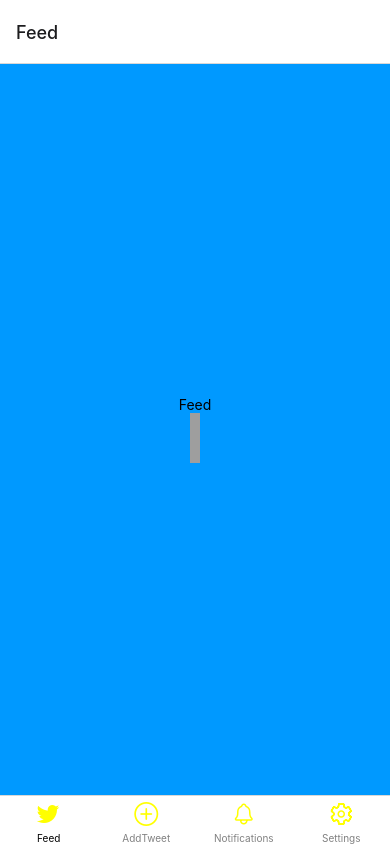
Repository: Deyvid-Kasteh/ReactNativeNavigationTraining
Screen: /
These files come from the project's save history. The screen is drawn as it stood at one moment and after the next save; the edit follows.
Pictures or frames that could not be fetched are drawn as grey boxes. The app was drawn by React Native's web renderer in a window 390 px wide. The project was rebuilt for these pictures with package versions that can differ from the ones it lists, and the page was loaded fresh each time. Also part of the build but not shown: screens/BottomTab/Notifications.js, screens/BottomTab/AddTweet.js, screens/BottomTab/Settings.js.

Above is the screen before, as saved 2023-08-03 16:53:04.

After the next save:
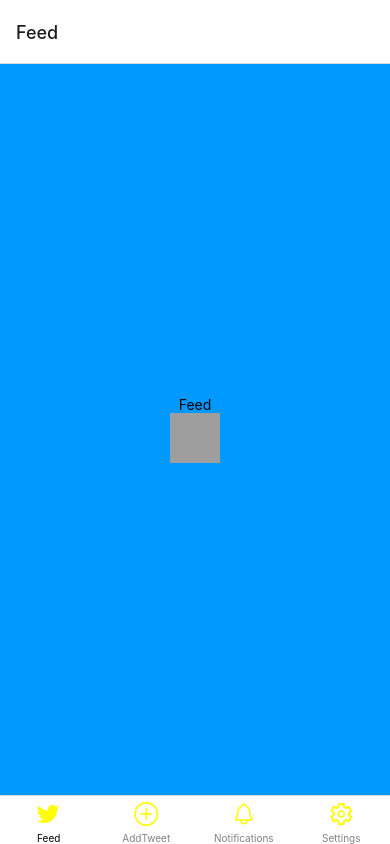
Saved 4 s later.
--- a/screens/BottomTab/Feed.js
+++ b/screens/BottomTab/Feed.js
@@ -25,7 +25,7 @@ export default function Feed() {
     return (
       <View style={styles.container}>
         <Text>Feed</Text>
-        <Image style={{width: 10, height: 50}}
+        <Image style={{width: 50, height: 50}}
           source={{
             uri: "https://avatars.githubusercontent.com/u/99744584?s=96&v=4",
           }}
